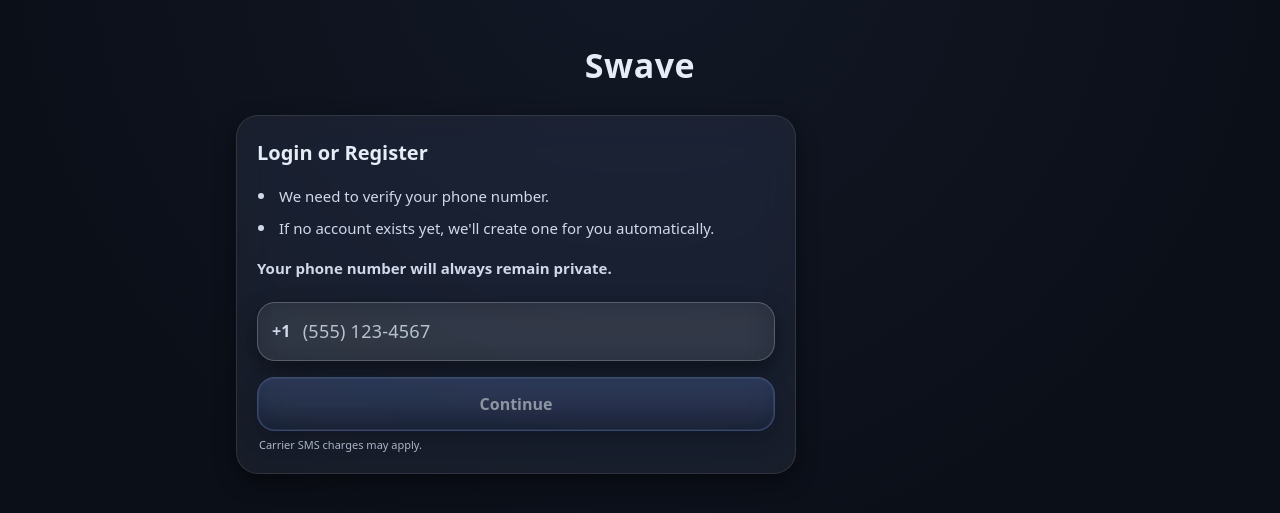
Repository: swave-schiff/Swave-new-mockup
Page: /
An editor plug-in stored every save of this project. The page is shown before and after the next save, followed by the edit.
The browser window is 1280 px wide. The pictures show the whole page.
The project was rebuilt for these pictures with package versions that can differ from the ones it lists, and the page was loaded fresh each time. Also part of the build but not shown: src/CodeEntryScreen.jsx, src/UsernameEntryScreen.jsx, src/RegistrationScreen.jsx, src/components/GlassRowCard.jsx, src/ConnectionsScreen.jsx, src/MessagesScreen.jsx, src/ConversationScreen.jsx, src/ConnectionDetailScreen.jsx and 6 more.

Above is the page before, as saved 2026-01-05 15:28:03.

After the next save:
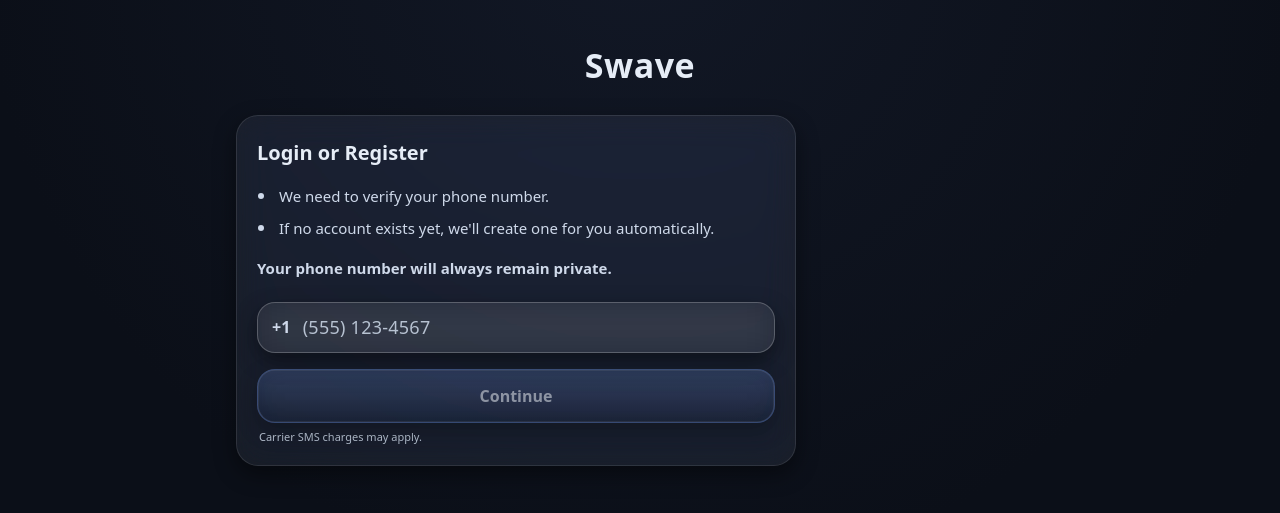
Saved 8 s later.
--- a/src/styles.css
+++ b/src/styles.css
@@ -601,7 +601,7 @@ main {
   align-items: center;
   gap: 10px;
   width: 100%;
-  padding: 14px 14px;
+  padding: 10px 14px;
   border-radius: var(--radius-18);
   background: var(--glass-surface);
   border: 1px solid var(--glass-border-strong);
